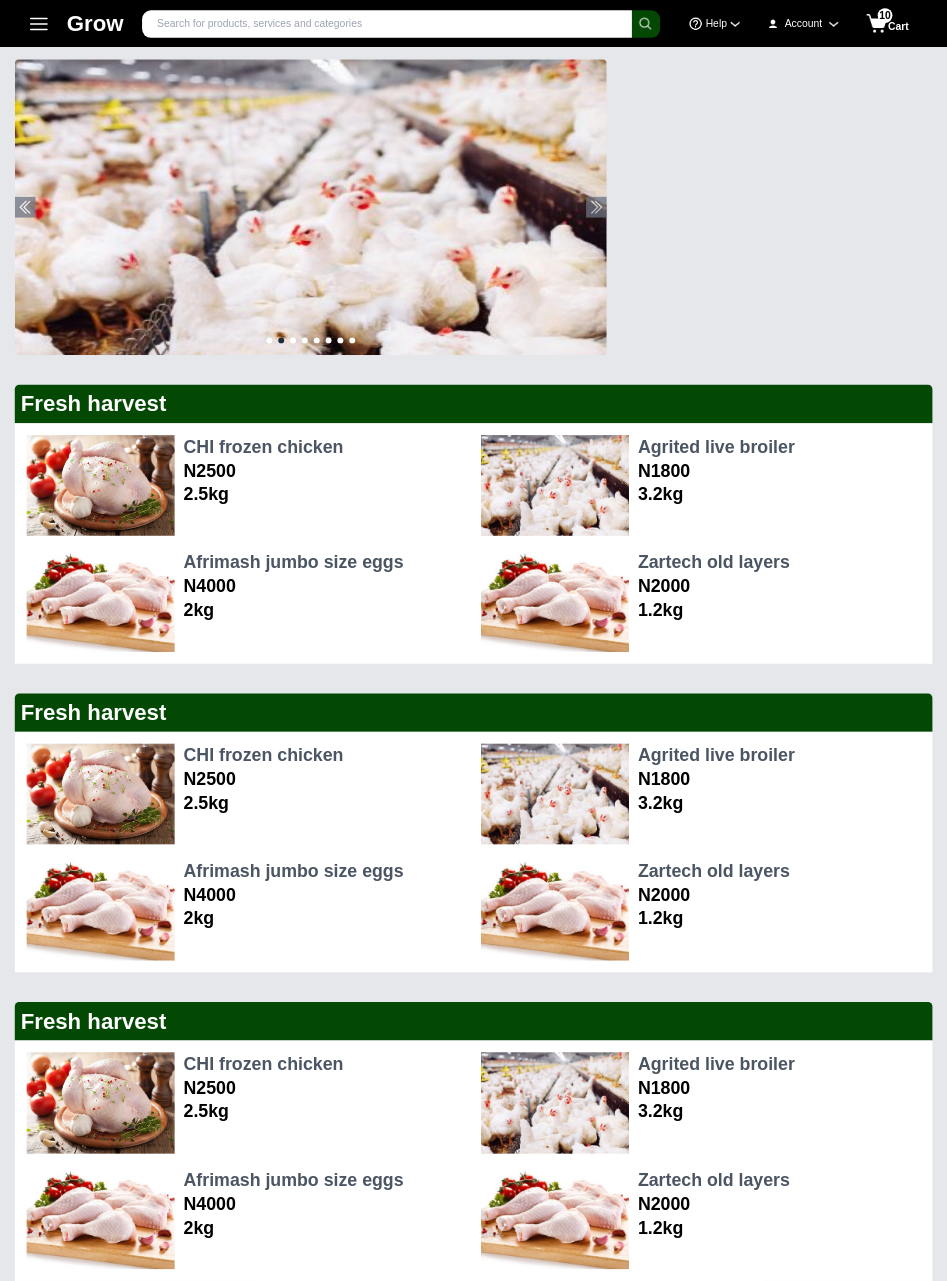
Repository: IssaMuiz/ifarmstock
Page: /
The author's editor kept a copy of each file at every save. The page is drawn from the files as they stood at one save, then again after the next save.
The browser window is 1280 px wide. The pictures show the whole page, at 74% of full size.
The project was rebuilt for these pictures with package versions that can differ from the ones it lists, and the page was loaded fresh each time. The framework's server and built-in components were replaced by stand-ins that run in the browser. Also part of the build but not shown: next.config.mjs.

Above is the page before, as saved 2024-08-31 03:26:27.

### app/layout.tsx
import "@/styles/globals.css";

export const metadata = {
  title: "Grow",
  description: "Livestock farming e-commerce application",
};

export default function RootLayout({
  children,
}: {
  children: React.ReactNode;
}) {
  return (
    <html lang="en">
      <body className="bg-gray-200 h-auto w-auto">
        <section>{children}</section>
      </body>
    </html>
  );
}

### app/page.tsx
"use client";
import ProductCardToday from "@/components/productcardToday";
import ProductSlider from "@/components/productSlider";
import ClientLayout from "@/components/clientLayout";

const Home = () => {
  return (
    <ClientLayout>
      <div className="pt-20 mx-5">
        <div>
          <ProductSlider />

          <div className="bgColor text w-full h-auto mt-10 text-3xl p-2 rounded-t-md font-semibold">
            Fresh harvest
          </div>
          <ProductCardToday />
          <div className="bgColor text w-full h-auto mt-10 text-3xl p-2 rounded-t-md font-semibold">
            Fresh harvest
          </div>
          <ProductCardToday />
          <div className="bgColor text w-full h-auto mt-10 text-3xl p-2 rounded-t-md font-semibold">
            Fresh harvest
          </div>
          <ProductCardToday />
        </div>
      </div>
    </ClientLayout>
  );
};

export default Home;

### styles/globals.css
@tailwind base;
@tailwind components;
@tailwind utilities;

.scrollbar {
  scrollbar-width: thin;
  scrollbar-color: gray #313131;
}

.bgColor {
  background-color: rgb(3, 73, 3);
}

.text {
  color: white;
}

body {
  font-family: Arial, Helvetica, sans-serif;
  font-size: 14px;
}

### components/productcardToday.tsx
import Image from "next/image";
import poultryProduct from "../models/poultryProduct.json";
const ProductCardToday = () => {
  return (
    <div className="bg-white h-auto p-4">
      <div className="grid grid-cols-2 gap-5">
        {poultryProduct.map((product, index) => (
          <div key={index} className="flex gap-3">
            <Image src={product.image} alt="poultry" width={200} height={200} />
            <div className="text-2xl font-semibold">
              <p className="text-gray-600">{product.name}</p>
              <p>N{product.Price}</p>
              <p>{product.weight}</p>
            </div>
          </div>
        ))}
      </div>
    </div>
  );
};

export default ProductCardToday;

### components/productSlider.tsx
"use client";
import Image from "next/image";
import { useEffect, useState } from "react";

const ProductSlider = () => {
  const images = [
    "/assets/images/poultry-image1-slider.jpg",
    "/assets/images/poultry-image2-slider.jpg",
    "/assets/images/poultry-image3-slider.jpg",
    "/assets/images/poultry-image4-slider.jpg",
    "/assets/images/poultry-image5-slider.jpg",
    "/assets/images/poultry-image6-slider.jpg",
    "/assets/images/poultry-image7-slider.jpg",
    "/assets/images/catfish-image1-slider.jpg",
  ];

  const [index, setIndex] = useState(0);

  const handleSliceNext = () => {
    setIndex((index + 1) % images.length);
  };
  const handleSlicePrev = () => {
    setIndex((index - 1) % images.length);
  };

  const handleIndicatorClick = (i: number) => {
    setIndex(i);
  };

  useEffect(() => {
    const intervalId = setInterval(() => {
      handleSliceNext();
    }, 5000);
    return () => clearInterval(intervalId);
  }, [index]);
  return (
    <div className="relative w-[800px] overflow-hidden">
      <div
        className="flex transition-transform duration-500 ease-in-out"
        style={{ transform: `translateX(-${index * 100}%)` }}
      >
        {images.map((image, i) => (
          <div key={i} className="min-w-full">
            <Image
              className="h-[400px] rounded-md"
              src={image}
              alt={`Slide ${i + 1}`}
              width={800}
              height={200}
            />
          </div>
        ))}
      </div>
      <button
        type="button"
        onClick={handleSlicePrev}
        className="absolute left-0 top-1/2 tranform -translate-y-1/2 bg-gray-500 text-white px-1 py-1 opacity-75 hover:opacity-100 transition-opacity"
      >
        <Image
          className=""
          src="/assets/icons/arrow-left.png"
          alt="arrow-right-icon"
          width={20}
          height={20}
        />
      </button>
      <button
        type="button"
        onClick={handleSliceNext}
        className="absolute right-0 top-1/2 tranform -translate-y-1/2 bg-gray-500 text-white px-1 py-1 opacity-75 hover:opacity-100 transition-opacity"
      >
        <Image
          className=""
          src="/assets/icons/right-arrow.png"
          alt="arrow-right-icon"
          width={20}
          height={20}
        />
      </button>
      <div className="absolute bottom-4 left-0 right-0 flex justify-center space-x-2">
        {images.map((_, i) => (
          <button
            key={i}
            onClick={() => handleIndicatorClick(i)}
            className={`w-2 h-2 rounded-full ${
              index === i ? "bg-gray-800" : "bg-white"
            }`}
          />
        ))}
      </div>
    </div>
  );
};

export default ProductSlider;

### components/clientLayout.tsx
"use client";
import Navbar from "@/components/navbar";
import Sidenav from "@/components/sidenav";
import { useState, createContext } from "react";

export const SidebarContext = createContext({
  isOpen: false,
  toggleSidebar: () => {},
});

const ClientLayout = ({ children }: { children: React.ReactNode }) => {
  const [isOpen, setIsOpen] = useState(false);

  const toggleSidebar = () => {
    setIsOpen((prev) => !prev);
  };
  return (
    <SidebarContext.Provider value={{ isOpen, toggleSidebar }}>
      <Navbar />
      <Sidenav />
      <div
        className={`fixed inset-0 bg-black transition-opacity duration-300 ease-in-out z-10 ${
          isOpen
            ? "opacity-70 pointer-events-auto"
            : "opacity-0 pointer-events-none"
        }`}
        onClick={toggleSidebar}
      ></div>
      <section
        className={`relative z-0 transition-all duration-300 ease-in-out `}
      >
        {children}
      </section>
    </SidebarContext.Provider>
  );
};

export default ClientLayout;

### models/poultryProduct.json
[
  {
    "image": "/assets/images/poultry-image1-slider.jpg",
    "name": "CHI frozen chicken",
    "Price": "2500",
    "weight": "2.5kg"
  },
  {
    "image": "/assets/images/poultry-image2-slider.jpg",
    "name": "Agrited live broiler",
    "Price": "1800",
    "weight": "3.2kg"
  },
  {
    "image": "/assets/images/poultry-image5-slider.jpg",
    "name": "Afrimash jumbo size eggs",
    "Price": "4000",
    "weight": "2kg"
  },
  {
    "image": "/assets/images/poultry-image5-slider.jpg",
    "name": "Zartech old layers",
    "Price": "2000",
    "weight": "1.2kg"
  }
]

### components/navbar.tsx
"use client";
import Image from "next/image";
import { useContext } from "react";
import { SidebarContext } from "./clientLayout";
const Navbar = () => {
  const { toggleSidebar } = useContext(SidebarContext);
  return (
    <nav className="fixed bg-black text w-full h-16 flex items-center justify-between top-0 left-0 right-0 px-10 z-10">
      <button onClick={toggleSidebar}>
        <svg
          className="fill-white hover:fill-[green] cursor-pointer"
          xmlns="http://www.w3.org/2000/svg"
          viewBox="0 0 50 50"
          width="25px"
          height="25px"
        >
          <path d="M 3 8 A 2.0002 2.0002 0 1 0 3 12 L 47 12 A 2.0002 2.0002 0 1 0 47 8 L 3 8 z M 3 23 A 2.0002 2.0002 0 1 0 3 27 L 47 27 A 2.0002 2.0002 0 1 0 47 23 L 3 23 z M 3 38 A 2.0002 2.0002 0 1 0 3 42 L 47 42 A 2.0002 2.0002 0 1 0 47 38 L 3 38 z" />
        </svg>
      </button>
      <div className="Leftnav text text-3xl font-semibold cursor-pointer ml-5">
        Grow
      </div>
      <div className="Middlenav flex flex-1 mx-5 max-w-[700px] items-center">
        <input
          className=" px-5 py-2 w-full rounded-l-xl text-black outline-none"
          type="text"
          placeholder="Search for products, services and categories"
        />
        <div className="h-[37px] w-10 bgColor pt-2 pl-2 rounded-r-xl cursor-pointer">
          <Image
            className=""
            src="/assets/icons/search.png"
            alt="search-icon"
            width={20}
            height={20}
          />
        </div>
      </div>
      <div className="Rightnav flex items-center justify-between gap-3">
        <div className="flex items-center gap-1 cursor-pointer rounded-md p-3 hover:bg-[green]">
          <Image
            src="/assets/icons/help.png"
            alt="help-icon"
            width={20}
            height={20}
          />
          <p className="">Help</p>
          <Image
            src="/assets/icons/arrow-down.png"
            alt="help-icon"
            width={15}
            height={15}
          />
        </div>
        <div className="flex items-center gap-2  cursor-pointer rounded-md p-3 hover:bg-[green]">
          <Image
            src="/assets/icons/account.png"
            alt="help-icon"
            width={15}
            height={15}
          />
          <p>Account</p>
          <Image
            src="/assets/icons/arrow-down.png"
            alt="help-icon"
            width={15}
            height={15}
          />
        </div>
        <div className="flex relative cursor-pointer p-3 hover:bg-[green] rounded-md">
          <Image
            src="/assets/icons/cart.png"
            alt="cart-icon"
            width={30}
            height={20}
          />
          <p className="bg-white h-5 w-5 rounded-full text-black absolute left-7 bottom-7 text-center font-semibold">
            10
          </p>
          <p className="font-semibold mt-2 ">Cart</p>
        </div>
      </div>
    </nav>
  );
};

export default Navbar;

### components/sidenav.tsx
"use client";
import Image from "next/image";
import Link from "next/link";
import { useState } from "react";
import { useContext } from "react";
import { SidebarContext } from "./clientLayout";
const Sidenav = () => {
  const [categories, setCategories] = useState([
    {
      id: "1",
      name: "Broiler",
      expanded: false,
      arrowIcon: "/assets/icons/arrow-icon--right.png",
      dropdownlink: [
        { name: "Day Old Chicks", link: "/" },
        { name: "Matured Broilers", link: "/" },
        { name: "Frozen Chicken", link: "/" },
      ],
    },
    {
      id: "2",
      name: "Layers",
      expanded: false,
      arrowIcon: "/assets/icons/arrow-icon--right.png",
      dropdownlink: [
        { name: "Pullet", link: "/" },
        { name: "Point Of Lay", link: "/" },
        { name: "Old Layers", link: "/" },
      ],
    },
    {
      id: "3",
      name: "Catfish",
      expanded: false,

      arrowIcon: "/assets/icons/arrow-icon--right.png",
      dropdownlink: [
        { name: "Fingerlings/Juvenile", link: "/" },
        { name: "Matured Catfish", link: "/" },
        { name: "Smoked Catfish", link: "/" },
      ],
    },
  ]);

  const handleDropdown = (id: string) => {
    setCategories((prev) =>
      prev.map((category) =>
        category.id === id
          ? { ...category, expanded: !category.expanded }
          : category
      )
    );
  };

  const { isOpen } = useContext(SidebarContext);
  return (
    <nav
      className={`fixed h-auto z-20 left-0 top-0 bottom-0 w-[300px] transform transition-transform duration-300  bg-gray-100 ${
        isOpen ? "translate-x-0" : "-translate-x-full"
      }`}
    >
      <div className="bgColor h-14 flex items-center text text-2xl pl-5 font-semibold gap-3">
        <Image
          src="/assets/icons/account.png"
          alt="profile-icon"
          height={25}
          width={25}
        />
        <p>Hello User</p>
      </div>
      <div className="overflow-scroll overflow-x-hidden scrollbar pb-5">
        {categories.map((category) => (
          <div onClick={() => handleDropdown(category.id)} key={category.id}>
            <div className="text-lg flex justify-between items-center font-semibold hover:bg-gray-300 mt-5 p-2 cursor-pointer">
              <div>{category.name}</div>

              <Image
                className={`${
                  category.expanded &&
                  "rotate-90 duration-300 transition-transform"
                } h-4 w-4`}
                src={category.arrowIcon}
                alt="arrow-icon"
                width={3}
                height={3}
              />
            </div>

            <div>
              {category.expanded && (
                <div>
                  {category.dropdownlink.map((dropdown, index) => (
                    <div className="hover:bg-gray-300" key={index}>
                      <Link href={dropdown.link}>
                        <div className="p-3 text-md ">{dropdown.name}</div>
                      </Link>
                    </div>
                  ))}
                </div>
              )}
            </div>
          </div>
        ))}
      </div>
    </nav>
  );
};

export default Sidenav;

Loaded but not shown: tailwind.config.ts (common file)

After the next save:
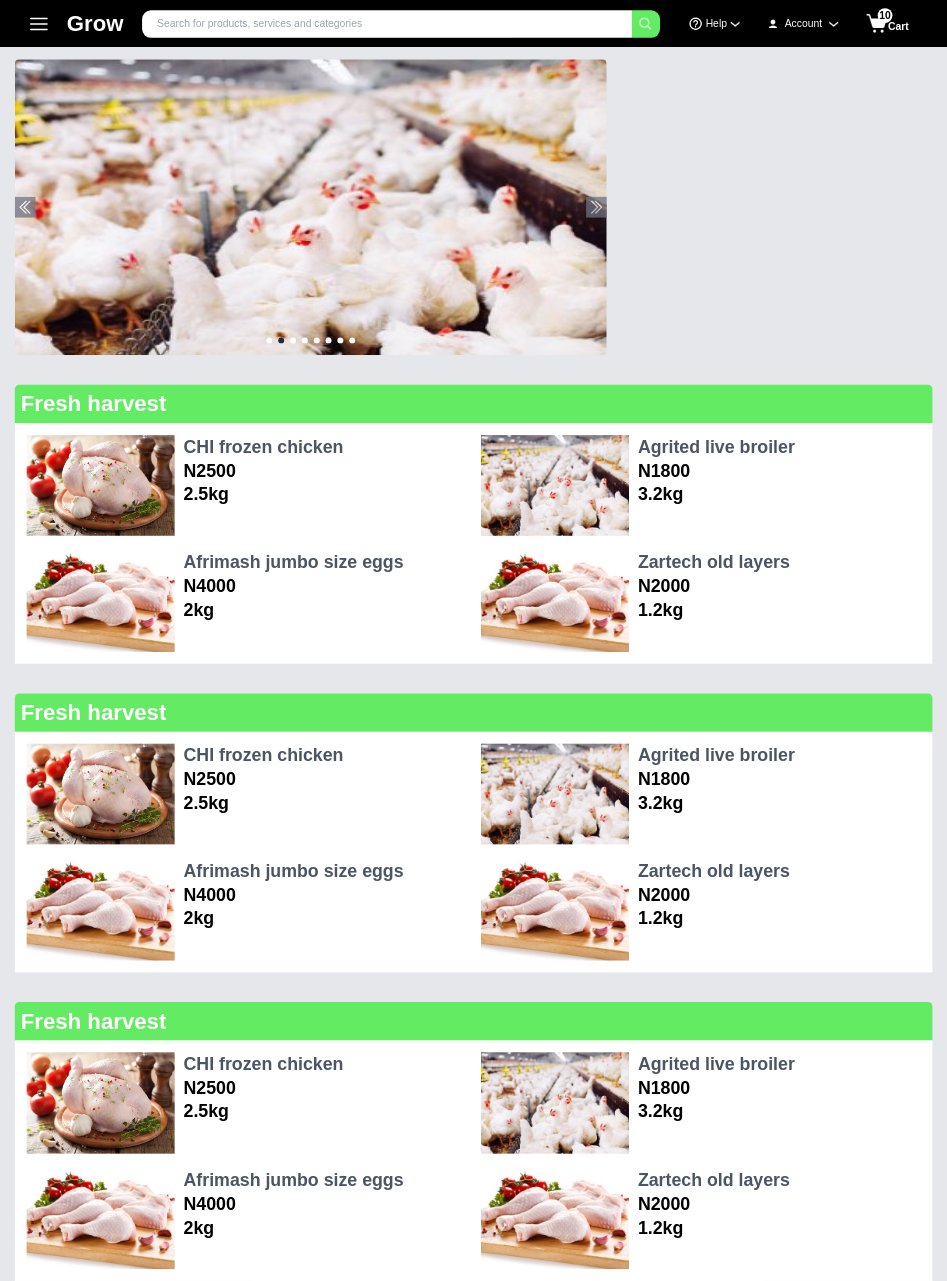
Saved 93 s later.
--- a/styles/globals.css
+++ b/styles/globals.css
@@ -8,7 +8,7 @@
 }
 
 .bgColor {
-  background-color: rgb(3, 73, 3);
+  background-color: rgb(100, 235, 100);
 }
 
 .text {
